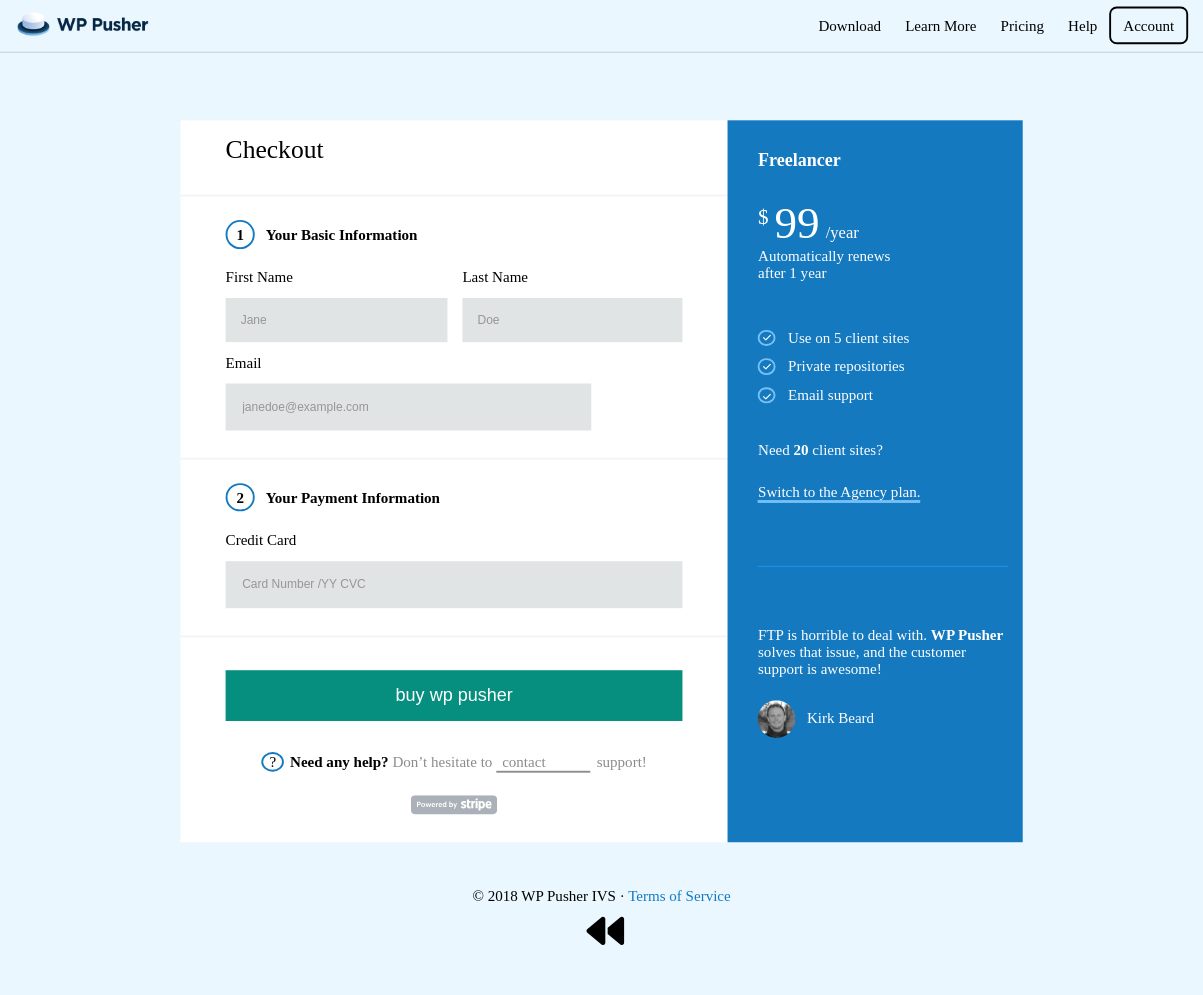
Repository: dark-txch/ass-1-6
Page: src/pages/wpPusher.html
These files come from the project's save history. The page is drawn as it stood at one moment and after the next save; the edit follows.
The browser window is 1280 px wide. The pictures show the whole page, at 94% of full size.
Some web libraries are served in a nearby version.

Above is the page before, as saved 2024-11-29 18:47:48.

### src/pages/wpPusher.html
<!DOCTYPE html>
<html lang="en">
	<head>
		<meta charset="UTF-8" />
		<meta name="viewport" content="width=device-width, initial-scale=1.0" />

		<!--  style link main  -->
		<link rel="stylesheet" href="../styles/wpPusher/wpPusher.css" />

		<!--  style link media  -->
		<link rel="stylesheet" href="../styles/wpPusher/mediaq.css" />

		<!-- font awesome -->
		<script
			src="https://kit.fontawesome.com/5a7bfc222a.js"
			crossorigin="anonymous"
		></script>

		<!--  favicon  -->
		<link rel="icon" href="/assets/C-Favicon/Dark-favicon_io/favicon.ico" />

		<!--  title  -->
		<title>wpPusher</title>
	</head>

	<!--  body  -->
	<body>
		<div id="navSection">
			<div id="navSection">
				<nav>
					<input type="checkbox" id="check" />
					<label for="check" class="hamburger" aria-label="Toggle Menu">
						<i class="fa-solid fa-bars"></i>
					</label>
					<span>
						<img
							src="/assets/wpPusher/wppusher-logo.png"
							alt="WP Pusher Logo"
						/>
					</span>

					<ul>
						<li><a href="#">Download</a></li>
						<li><a href="#">Learn more</a></li>
						<li><a href="#">Pricing</a></li>
						<li><a href="#">Help</a></li>
						<li><a class="active" href="#">Account</a></li>
					</ul>
				</nav>
			</div>
		</div>

		<!-- ----------------------main--------------- -->
		<main>
			<!-- -------------------------------------------form section -->
			<form id="formWhite">
				<h1>Checkout</h1>
				<!-- --------------------------- -->
				<hr />
				<!-- ----------------------------- -->
				<h3><span>&#x31;</span> your basic information</h3>

				<!-- -----------------twin for label and input -->
				<div id="twin">
					<div class="twin">
						<label for="#">first name</label>
						<input
							type="text"
							name="first name"
							id="firstName"
							placeholder="jane"
						/>
					</div>
					<div class="twin">
						<label for="#">last name</label>
						<input type="text" name="" id="lastName" placeholder="doe" />
					</div>
				</div>
				<!-- --------------------------single -->
				<div id="single">
					<label for="#">email</label>
					<input
						type="text"
						name=""
						id="email"
						placeholder="janedoe&#64;example.com"
					/>
				</div>

				<!-- --------------------------- -->
				<hr />
				<!-- ----------------------------- -->
				<h3><span>&#x32;</span> your payment information</h3>
				<div id="single">
					<label for="#">credit card</label>
					<input
						type="text"
						name=""
						id="creditCard"
						placeholder="Card Number &#47;YY CVC"
					/>
				</div>
				<!-- --------------------------- -->
				<hr />
				<!-- ----------------------------- -->
				<button class="buyButton">buy wp pusher</button>

				<!-- ---------------form footer -->
				<div id="formFooter">
					<div class="formFooter">
						<span>&#63;</span><span>Need any help&#63;</span>
						<span class="grey"
							>Don&#8217;t hesitate to
							<span class="border">contact </span>support&#33;</span
						>
					</div>

					<div class="logo">
						<img src="/assets/wpPusher/powered_by_stripe.svg" alt="" />
					</div>
				</div>
			</form>
			<!-- -----------------------------------------blue section -->
			<div id="blueSection">
				<h3>Freelancer</h3>
				<div class="nintyNine">
					<span class="dollar">&#36;</span><span class="nine">&#57;&#57;</span
					><span class="year">&#47;year</span>
					<p>Automatically renews after &#49; year</p>
				</div>
				<!-- -------unordered list -->
				<ul class="uL">
					<li>Use on &#53; client sites</li>
					<li>Private repositories</li>
					<li>Email support</li>
				</ul>
				<p class="clientSide">
					Need <span class="twenty">&#50;&#48;</span> client sites&#63;
				</p>
				<span>
					<a href="#">Switch to the Agency plan.</a>
				</span>
				<!-- --------------------------- -->
				<hr />
				<!-- ----------------------------- -->
				<!----------------------------------------------------------- blue section footer -->
				<div id="blueSectionFooter">
					<p>
						FTP is horrible to deal with.
						<span class="wp">WP Pusher</span> solves that issue, and the
						customer support is awesome&#33;
					</p>
					<div id="kirk">
						<img src="/assets/wpPusher/Bitmap.png" alt="kirk beard" />
						<span>kirk beard</span>
					</div>
				</div>
			</div>
		</main>
		<footer>
			<div>&copy; 2018 WP Pusher IVS &#183; <span>Terms of Service</span></div>
			<div>
				<a href="/index.html">
					<i class="fa-solid fa-backward"></i>
				</a>
			</div>
		</footer>
	</body>
</html>

### src/styles/wpPusher/wpPusher.css
/*  ----------------------General style for all  -----*/

:root {
	--font-size: 1rem;

	--breakpoint-medium: 768px;
	--breakpoint-large: 1024px;
}

html,
body {
	min-height: 100%;
	min-width: 100%;
	background-color: #ebf7ff;

	/* font-family: monospace; */
}

/*  ----------------- asteriks  */
* {
	margin: 0;
	padding: 0;
	outline: none;
	border: none;
	text-decoration: none;
	list-style: none;
	box-sizing: border-box;
}

/* ----------------- Mobile Workflow------------- */

/* -----------------------nav section */

#navSection {
	width: 100%;
	height: 3.5rem;
	display: flex;
	align-items: center;
	justify-content: center;

	position: fixed;
	top: 0;
	z-index: 99;

	background-color: #ebf7ff;
}

nav {
	width: 100%;
	height: 100%;
	display: flex;
	align-items: center;
	justify-content: space-between;
	position: relative;

	padding: 0 1rem;

	border-bottom: 1.5px solid rgb(203, 201, 201);
}

nav img {
	width: 9rem;
}

/* ---------------------Hamburger Menu Button */
.hamburger {
	font-size: 2.5rem;
	color: black;
	cursor: pointer;
	display: block;
}

/* ---------------------------checkbox */
#check {
	display: none;
}

/* Navigation Menu (Mobile Default: Hidden) */
nav ul {
	display: grid;
	place-content: center;
	transition: all 0.5s;
	text-align: center;

	background: black;

	position: fixed;
	top: 3.5rem;
	right: -100%;
	width: 100%;
	height: calc(100vh - 3rem);

	z-index: 1000;
}

nav ul li {
	margin: 0.8rem 0;

	margin-bottom: 1rem;
}

nav ul li a {
	color: rgb(255, 255, 255);
	font-size: 1.2rem;
	text-transform: capitalize;
	padding: 0.6rem 0.8rem;
	border-radius: 0.5rem;
}

nav ul li a.active {
	border: 2px solid rgb(255, 255, 255);
	color: rgb(255, 255, 255);
}

nav ul li a:hover {
	border: 2px solid white;
	color: #1479bf;
}

/* Show Menu When Checkbox is Checked */
#check:checked ~ ul {
	right: 0; /* Slide menu into view */
}

/* -----------------------------WP-PUSHER LOGO */

/* -------------------------------------------------------- */

/* ----------------------------------------- */
/* -------------------------------------------------------- */
/* --------------------------------------------MAIN */
main {
	display: block;
	width: 100%;
	height: auto;

	margin: 6rem 0 0;
}

/* --------------------------------------form */
#formWhite {
	background-color: white;
}

#formWhite h1 {
	font-size: 1.7rem;
	font-weight: 100;

	padding: 1rem;
}

/* ---------------------------------- */
#formWhite hr {
	border: 1.5px solid rgb(244, 244, 244);
	margin: 1rem 0;

	width: 100%;
}
/* ---------------------------------- */

#formWhite h3 {
	padding: 1rem 1rem 1.7rem;

	font-size: 1.2rem;
	text-transform: capitalize;
}

#formWhite h3 > span {
	border: 2px solid #1479bf;
	border-radius: 50%;

	padding: 0.3rem 0.6rem;
	margin-right: 0.5rem;
	font-size: 1rem;
}

/* -----------------------------------twin */
#twin,
#single {
	display: grid;
	padding: 0 1rem;
}
#twin label {
	font-size: 1rem;
	font-weight: 200;

	text-transform: capitalize;
}
#twin input {
	padding: 1rem;
	background-color: #e1e4e5;

	margin: 0.8rem 0;

	width: 100%;
}
#twin ::placeholder {
	font-size: 0.8rem;
	color: rgb(150, 150, 150);

	text-transform: capitalize;
}

/* ---------------------------------single */
#single label {
	font-size: 1rem;
	font-weight: 200;

	text-transform: capitalize;
}
#single input {
	padding: 1.1rem;
	background-color: #e1e4e5;

	margin: 0.8rem 0;

	width: 100%;
}
#single ::placeholder {
	font-size: 0.8rem;
	color: rgb(150, 150, 150);
}

/* ----------------------------------------buy button */
button.buyButton {
	background-color: #068e7e;
	color: white;

	font-size: 1.2rem;
	width: auto;
	padding: 1rem 0;
	display: block;

	margin: 2.2rem 1rem;
	/* ----------calculate */
	width: calc(100% - 2rem);
}

/* -------------------------------form footer */
#formFooter {
	display: flex;
	flex-direction: column;
	justify-content: center;
	align-items: center;

	margin: 0 1rem;

	font-size: 1rem;
}
.formFooter {
	text-align: center;
}

/* -------------------targeting each span */
#formFooter span:nth-of-type(1) {
	border: 2px solid #1479bf;
	padding: 0 0.4rem;
	border-radius: 50%;
	margin-right: 0.4rem;
}
#formFooter span:nth-of-type(2) {
	font-weight: 600;
}
#formFooter span.border {
	display: inline-block;
	padding-right: 3rem;
	border-radius: 0;
	border: none;
	border-bottom: 2px solid rgb(141, 140, 140);
}
#formFooter span.grey {
	color: rgb(141, 140, 140);
}

/* ------logo */
.logo {
	margin: 1.5rem;
}

/* --------- */
/* -----------------------------------------blue section */
#blueSection {
	background-color: #1479bf;
	color: white;

	display: grid;

	padding: 1rem;
	min-height: 100%;
	min-width: 100%;
}

#blueSection h3 {
	font-size: 1.2rem;
	padding: 1rem 0 1rem;
}
/* -----------------------------blue section ninetyNine section /span --*/
.dollar {
	font-size: 1.4rem;

	display: inline-block;
	transform: translateY(-0.9rem);
	padding-right: 0.4rem;
}
.nine {
	font-size: 3rem;

	padding-right: 0.4rem;
}
.year {
	font-size: 1.1rem;
}
/* ------------------------------- */
.nintyNine > p {
	max-width: 10rem;

	font-size: 1rem;

	padding-bottom: 2.5rem;
}

/* --------------------unordered list  */

.uL li {
	position: relative;
	padding: 0 2rem 0.8rem;

	font-size: 1rem;
}
.uL li::before {
	content: "\f00c";
	font-family: "Font Awesome 6 Free";
	font-weight: 900;
	position: absolute;
	left: 0;
	top: 0;
	color: white;
	font-size: 0.6rem;

	border: 2px solid #75c1f7;
	border-radius: 50%;
	padding: 0.1rem 0.2rem;
}

.clientSide {
	padding: 1rem 0;
}

.twenty {
	font-weight: 700;
}

#blueSection span > a {
	color: white;

	border-bottom: 3px solid #75c1f7;
}

#blueSection hr {
	border-bottom: 1.5px solid #1896f0;
	margin: 3rem 0 4rem;

	width: 100%;
}

#blueSectionFooter p {
	padding-bottom: 1.5rem;
}

.wp {
	font-weight: 700;
}

#kirk {
	padding-bottom: 5rem;
}

#kirk img {
	border-radius: 50%;
	margin-right: 0.5rem;
}

#kirk span {
	display: inline-block;
	transform: translateY(-1rem);

	text-transform: capitalize;
}
/*---------------------------------------------------footer */
footer {
	display: grid;
	gap: 3rem;

	text-align: center;
	padding: 3rem 0;
}

footer span {
	color: #1479bf;
}

.fa-backward {
	color: black;
	position: absolute;
	z-index: 99;
	font-size: 2.5rem;
	transform: translate(-1rem, -2.5rem);
}

### src/styles/wpPusher/mediaq.css
/* -------------------------Assignment 5 media query--------------------- */

@media (min-width: 768px) {
	.hamburger {
		display: none;
	}

	nav ul {
		position: static;
		display: flex;
		justify-content: center;
		align-items: center;

		height: auto;
		width: auto;
		margin: 0;
		background: none;
	}

	nav ul li {
		margin: 0;
	}

	nav ul li a {
		color: black;
		font-size: 1rem;
	}

	nav ul li a.active {
		border: 2px solid black;
		color: black;
	}

	nav ul li a:hover {
		color: white;
		background-color: #1479bf;
	}

	/* ---------------------------------------------- */
	/* ----------------------------main */
	main {
		display: grid;
		grid-template-columns: 1fr 35%;
		place-self: center;

		width: 70vw;

		margin-top: 8rem;
	}

	/* ----------------------------form section */

	#formWhite h1 {
		font-size: 1.7rem;

		margin: 0 2rem;
	}
	#formWhite h3 {
		font-size: 1rem;

		margin: 0 2rem;
	}

	/* ----------------twin */
	#twin {
		display: flex;
		gap: 1rem;

		margin: 0 2rem;

		/* justify-content: space-between; */
	}

	#single {
		margin: 0 2rem;
	}

	#single input {
		width: 80%;
	}

	#single #creditCard {
		width: 100%;

		/* ask how ebube seperated the placeholder content */
	}

	button.buyButton {
		/* display: grid; */
		place-self: center;
		/* margin: 0 9rem; */

		width: calc(100% - 6rem);
	}

	/* ----------footer */
	.formFooter {
		width: 75%;

		/* margin-bottom: 4rem; */

		font-size: 1rem;
	}
	.logo {
		margin: 1.5rem 0;
	}

	/* ---------------- */

	/* ------------------------------blue section */
	#blueSection {
		height: 60vw;

		padding-left: 2rem;

		/* font-size: 1rem; */
	}
}

After the next save:
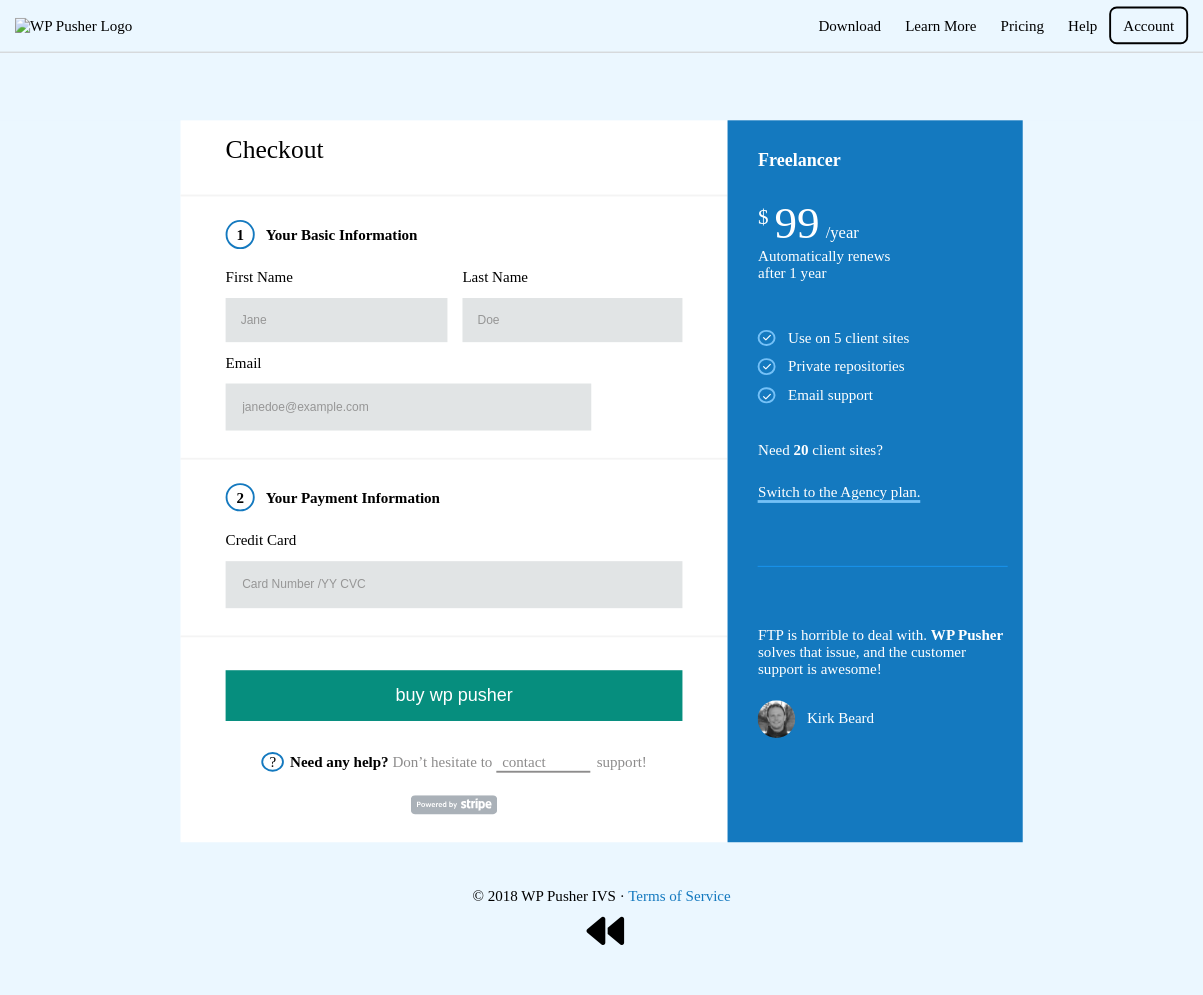
Saved 106 s later.
--- a/src/pages/wpPusher.html
+++ b/src/pages/wpPusher.html
@@ -34,7 +34,7 @@
 					</label>
 					<span>
 						<img
-							src="/assets/wpPusher/wppusher-logo.png"
+							src=""
 							alt="WP Pusher Logo"
 						/>
 					</span>
